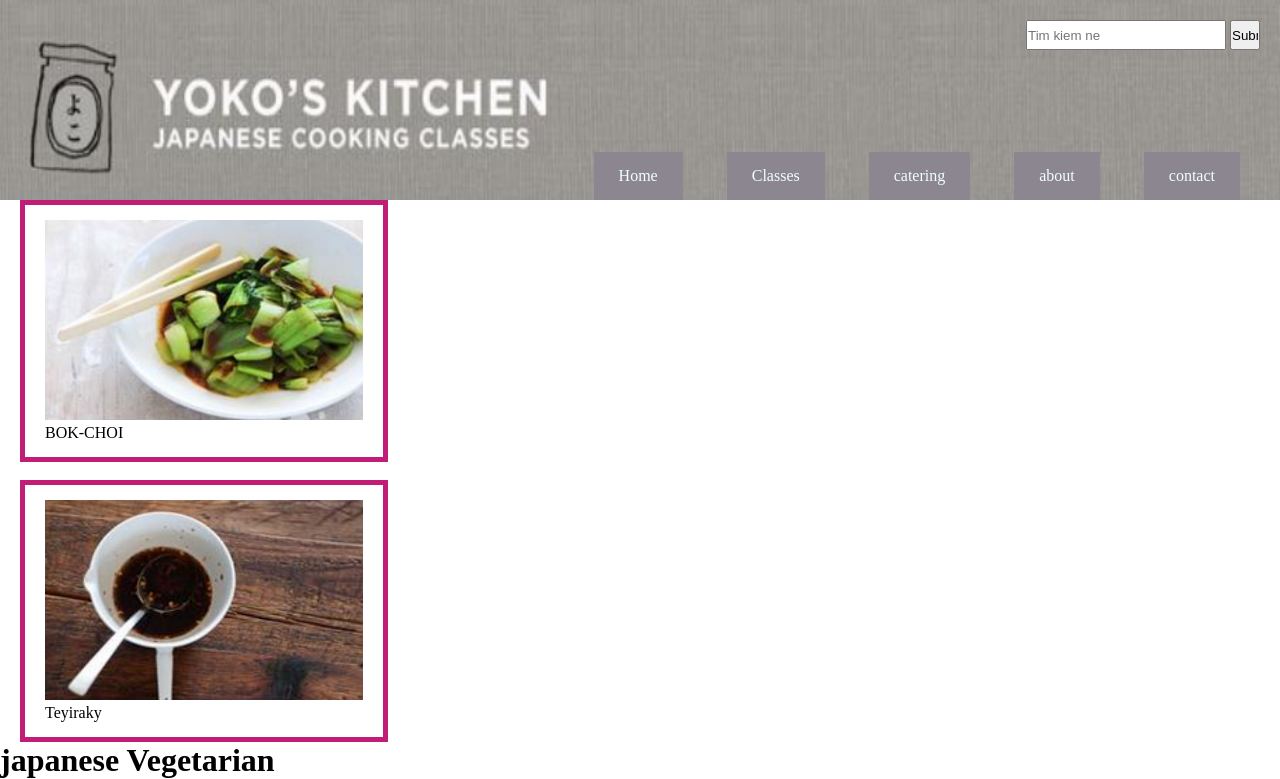
Repository: huy352002/20012931-Tr-n-Quang-Huy
Page: bt2.html
The author's editor kept a copy of each file at every save. The page is drawn from the files as they stood at one save, then again after the next save.
The browser window is 1280 px wide. The pictures show the whole page.

Above is the page before, as saved 2022-09-30 10:11:50.

After the next save:
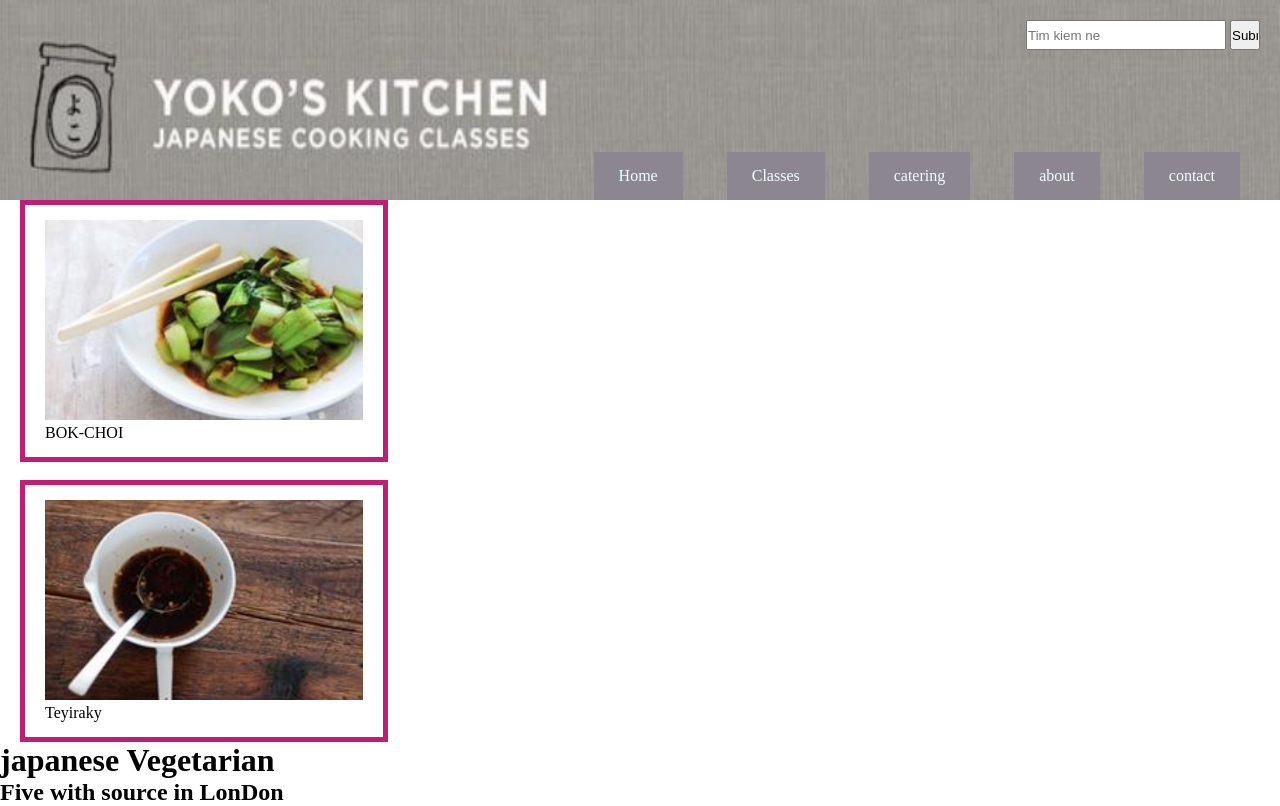
Saved 46 s later.
--- a/bt2.html
+++ b/bt2.html
@@ -48,6 +48,7 @@
             <div class="sub2">
                 <div class="H">
                     <H1>japanese Vegetarian</H1>
+                    <H2>Five with source in LonDon</H2>
 
                 </div>
             </div>
